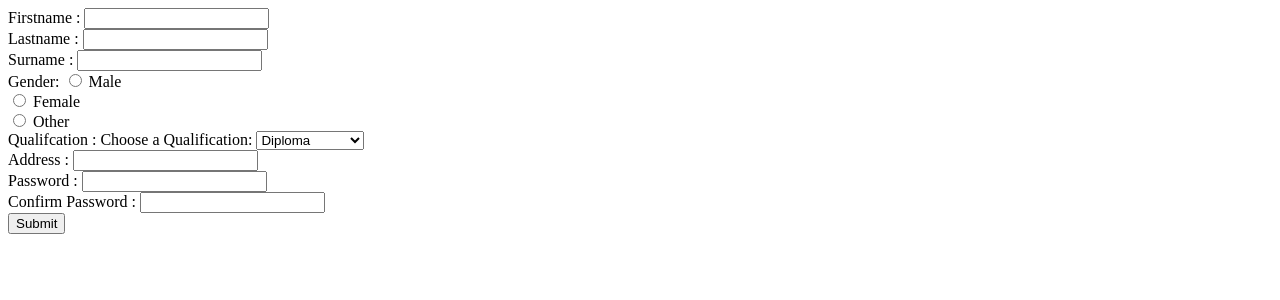
Repository: adityakansara1/JavaContent
Page: SWT1/WebContent/index.html
These files come from the project's save history. The page is drawn as it stood at one moment and after the next save; the edit follows.
The browser window is 1280 px wide. The pictures show the whole page.

Above is the page before, as saved 2020-08-09 06:06:16.

### SWT1/WebContent/index.html
<!DOCTYPE html>
<html>
<head>
<meta charset="ISO-8859-1">
<title>Insert title here</title>
</head>
<body>
	<form action="Servlet" method="post">
		Firstname : <input type="text" name="fName" required="required"><br>
		Lastname : <input type="text" name="lName" required="required"><br>
		Surname : <input type="text" name="sName" required="required"><br>
		Gender: <input type="radio" id="male" name="gender" value="male" required="required" />
				<label for="male">Male</label><br>
				<input type="radio" id="female" name="gender" value="female" required="required" />
				<label for="female">Female</label><br>
				<input type="radio" id="other" name="gender" value="other" required="required" />
				<label for="other">Other</label><br>
		Qualifcation : <label for="qualification">Choose a Qualification:</label>
						<select name="qualification" id="qualification">
						  <option value="volvo">Diploma</option>
						  <option value="saab">Graduate</option>
						  <option value="mercedes">Post Graduate</option>
						  <option value="audi">P.H.D.</option>
						</select><br>
		Address : <input type="text" name="sName" required="required"><br>
		Password : <input type="password" name="password" required="required"><br>
		Confirm Password :	<input type="password" name="confirmPassword" required="required"><br>

		<input type="submit">
	</form>
</body>
</html>

After the next save:
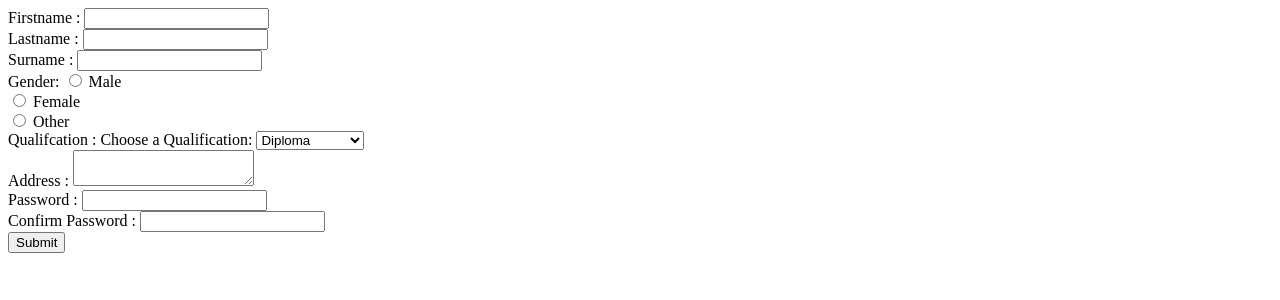
Saved 3 min 15 s later.
--- a/SWT1/WebContent/index.html
+++ b/SWT1/WebContent/index.html
@@ -22,7 +22,7 @@
 						  <option value="mercedes">Post Graduate</option>
 						  <option value="audi">P.H.D.</option>
 						</select><br>
-		Address : <input type="text" name="sName" required="required"><br>
+		Address : <textarea type="text" name="address" required="required"></textarea><br>
 		Password : <input type="password" name="password" required="required"><br>
 		Confirm Password :	<input type="password" name="confirmPassword" required="required"><br>
 
